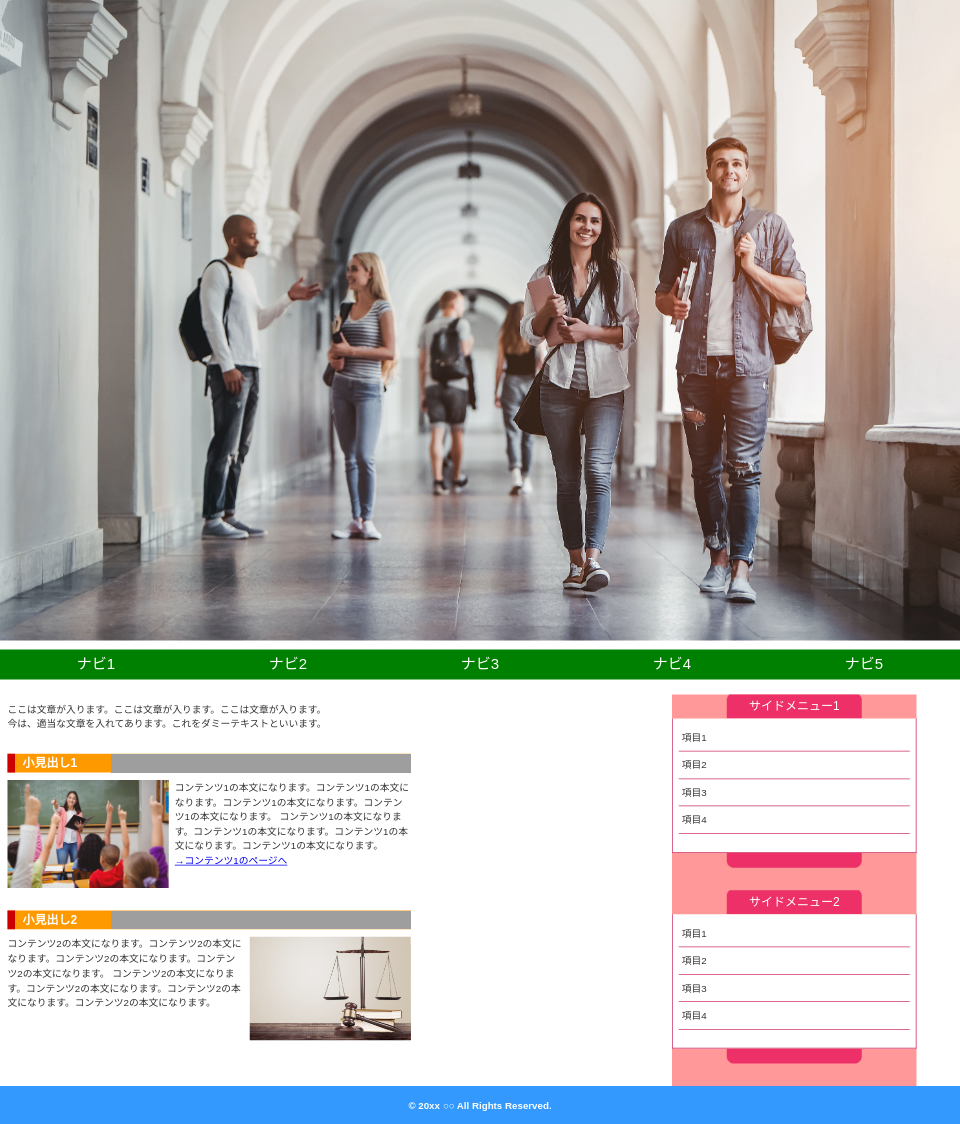
Repository: Souhei-en/samurai_HTML-CSS
Page: home.html
The author's editor kept a record of every edit. The page is drawn from the files as they stood at one moment, then again after the next edit.
The browser window is 1280 px wide. The pictures show the whole page, at 75% of full size.
Pictures or frames that could not be fetched are drawn as grey boxes.

Above is the page before.

After the next edit:
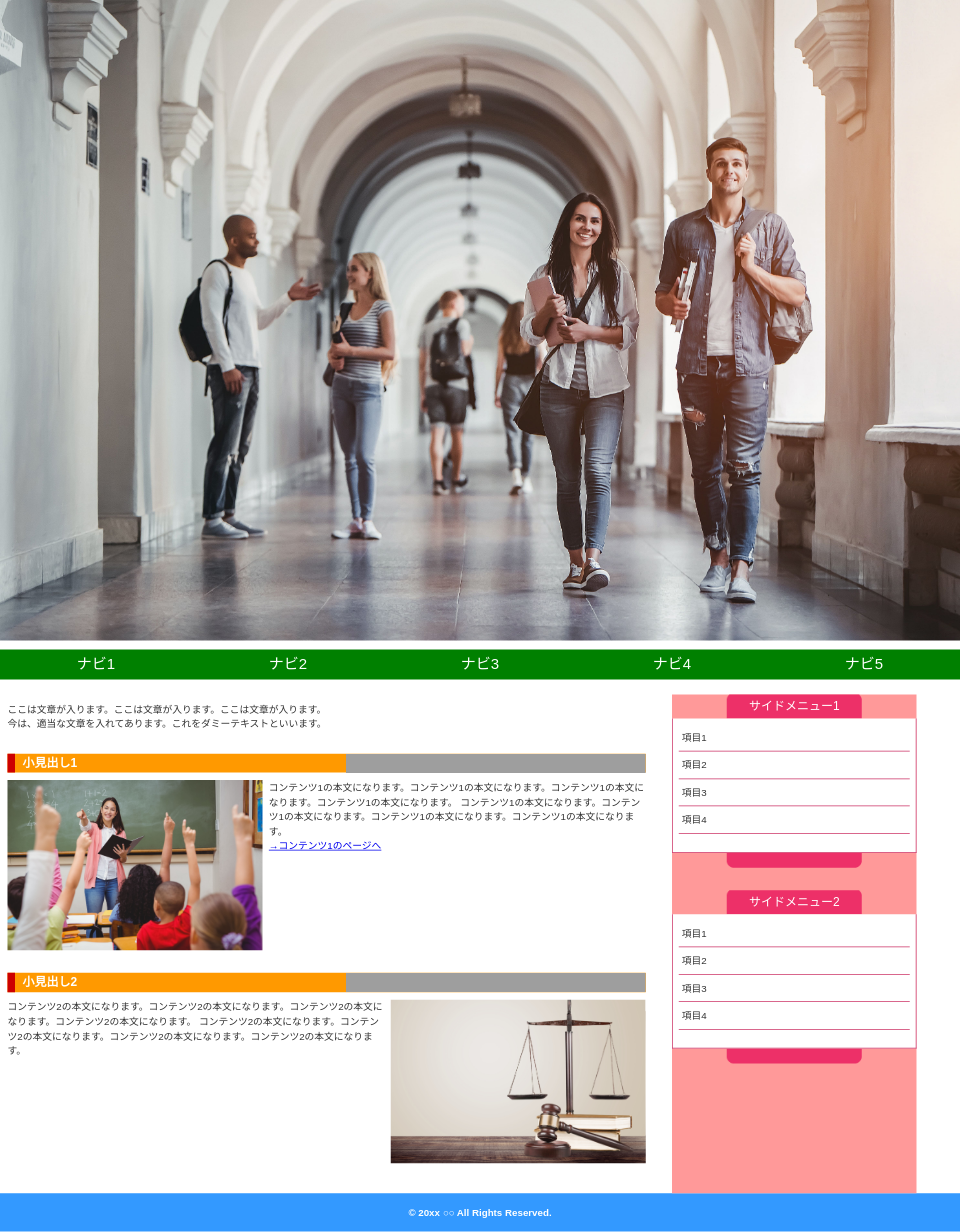
The edit:
--- a/stylesheet.css
+++ b/stylesheet.css
@@ -86,8 +86,6 @@
  /* -------------------- main -------------------- */
  #main {
 	 width: 95%;
-	 float: left;
-	 width: 60%;
 	 padding: 10px 30px 10px 10px;
  }
  #main h2 {
